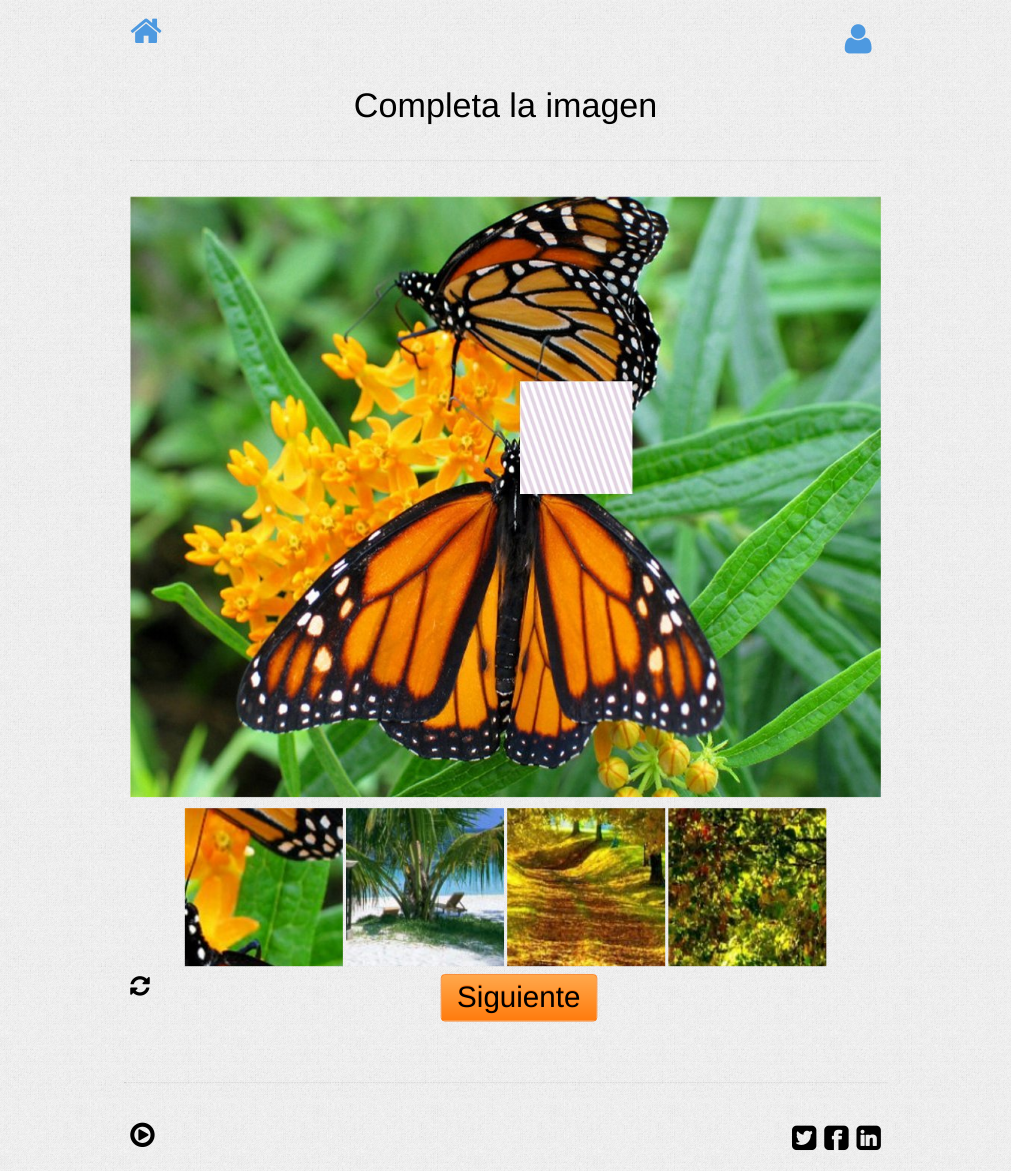
Repository: SCeruso/RememberMe
Page: puzzle.html
The author's editor kept a record of every edit. The page is drawn from the files as they stood at one moment, then again after the next edit.
The browser window is 1280 px wide. The pictures show the whole page, at 79% of full size.
Some web libraries are served in a nearby version.

Above is the page before.

After the next edit:
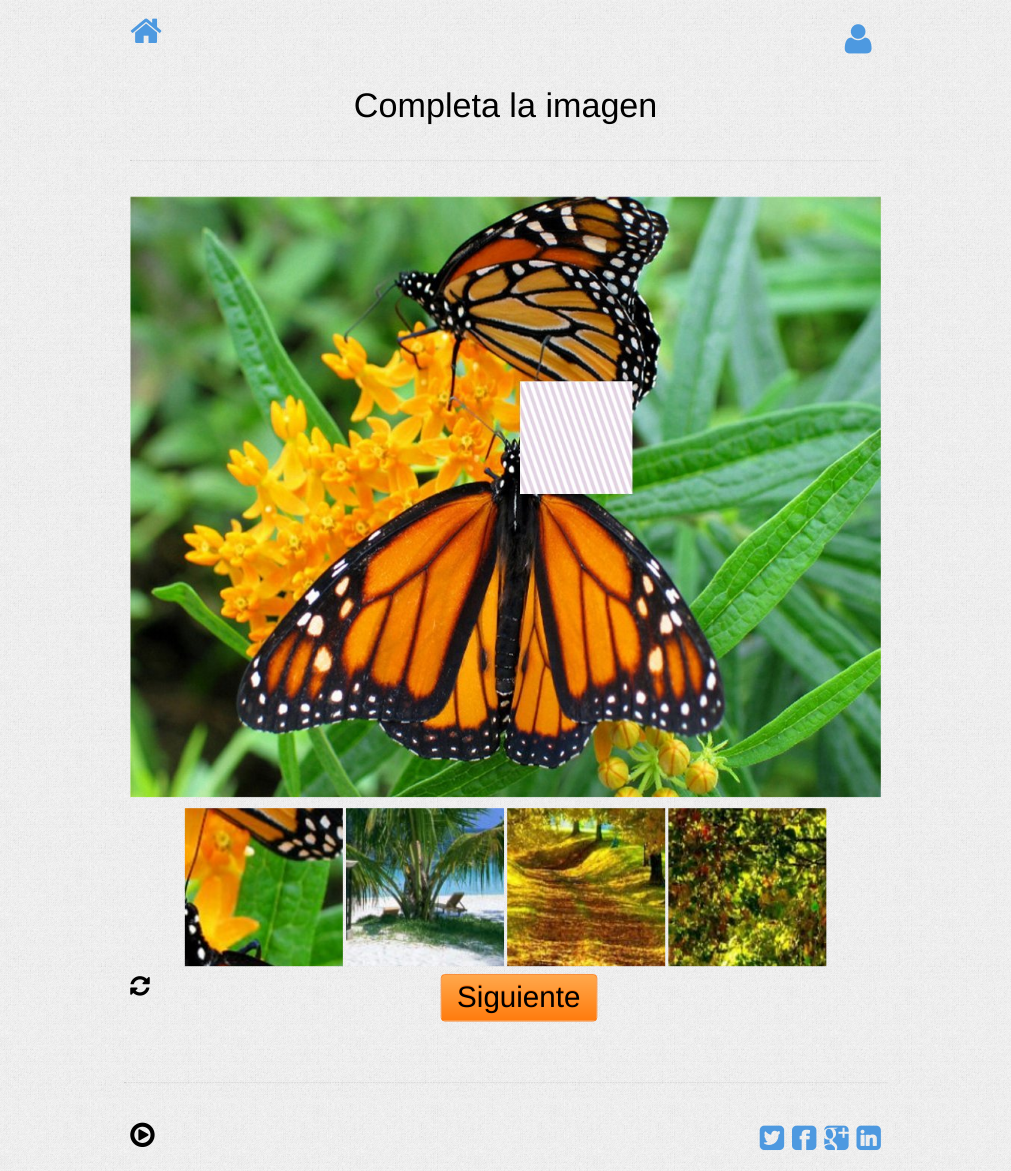
The edit:
--- a/puzzle.html
+++ b/puzzle.html
@@ -52,9 +52,14 @@
     <hr />
     <div class="col_12">
         <h3 class="right">
-            <i class="icon-twitter-sign"></i>
-            <i class="icon-facebook-sign"></i>
-            <i class="icon-linkedin-sign"></i>
+            <a href = "http://www.twitter.com" target = "blank">
+                <i class="icon-twitter-sign"></i></a>
+            <a href = "http://www.facebook.com" target = "blank">
+                <i class="icon-facebook-sign"></i></a>
+            <a href = "http://www.google.com" target = "blank">
+                <i class="icon-google-plus-sign"></i></a>
+            <a href = "http://www.linkedin.com" target = "blank">
+                <i class="icon-linkedin-sign"></i></a>
 	    <i class=" icon-play-circle pull-left"></i>
         </h3>
     </div>
